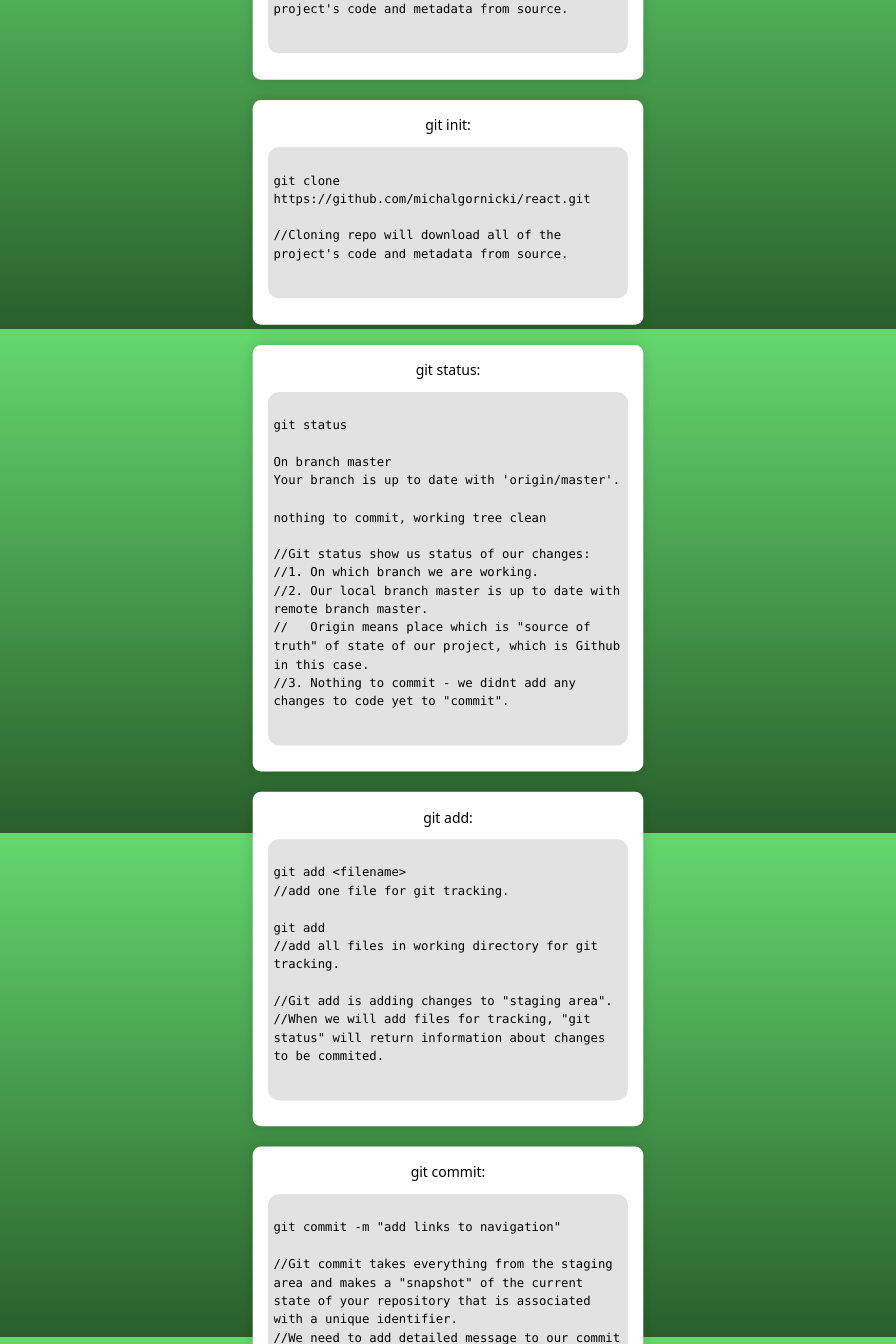
Repository: michalgornicki/git
Page: /#/Basics
These files come from the project's save history. The page is drawn as it stood at one moment and after the next save; the edit follows.
The browser window is 1280 px wide. The pictures show the part of the page from y = 970 to 2890 px (the page is 10452 px tall before and 10426 px after), at 70% of full size.
Backgrounds fixed to the window are drawn as part of the page. The project was rebuilt for these pictures with package versions that can differ from the ones it lists, and the page was loaded fresh each time. Also part of the build but not shown: src/components/structure.jsx, src/components/conflicts.jsx.

Above is the page before, as saved 2022-02-10 13:37:53.

### src/App.jsx
import React from "react";
import "./App.css";
import "bootstrap/dist/css/bootstrap.min.css";
import { Route, HashRouter as Router, Routes, Link } from "react-router-dom";
import Basics from "./components/basics.jsx";
import Structure from "./components/structure.jsx";
import Conflicts from "./components/conflicts.jsx";

function App() {
  return (
    <Router>
      <div className="text-center">
        <div className="display-1 mt-1 mb-5 text-white">Git repeat course</div>

        <div className="h3 d-flex w-75 m-auto my-5 justify-content-evenly flex-wrap text-white">
          <Link className="link-style mx-3" to="/Basics">
            Basics
          </Link>
          <Link className="link-style mx-3" to="/Structure">
            Project structure
          </Link>
          <Link className="link-style mx-3" to="/Conflicts">
            Conflicts
          </Link>
        </div>

        <Routes>
          <Route path="/Basics" element={<Basics />} />
          <Route path="/Structure" element={<Structure />} />
          <Route path="/Conflicts" element={<Conflicts />} />
        </Routes>
      </div>
    </Router>
  );
}

export default App;

### src/App.css
@import url('https://fonts.googleapis.com/css2?family=Catamaran:wght@400&display=swap');

body{
    font-family: 'Catamaran', sans-serif;
    overflow-x: hidden;
    padding-bottom: 80vh;
    height: auto;
    background: linear-gradient(rgb(100, 216, 110), rgb(41, 95, 43));
    background-attachment: fixed;
}

.js-item{
    color:rgb(0, 0, 0);
    font-size: 1.25rem;
    background-color: rgb(255, 255, 255);
    transition: 0.2s;
    padding: 3vh;
    margin-bottom: 4vh!important;
    width: 50%;
    margin-left: auto;
    margin-right: auto;
    box-shadow: 0px 0px 20px rgba(0, 0, 0, 0.15);
    border-radius: 0.75rem;
}

.text-pink{
    padding: 0.5rem;
    margin-top: 1rem;
    margin-bottom: 1rem;
    color:rgb(0, 0, 0)!important;
    font-size: 1.25rem;
    border-radius: 1rem;
    text-align: left;
    background-color: rgb(226, 226, 226);
}

pre {
    white-space: pre-wrap;       /* css-3 */
    white-space: -moz-pre-wrap;  /* Mozilla, since 1999 */
    white-space: -pre-wrap;      /* Opera 4-6 */
    white-space: -o-pre-wrap;    /* Opera 7 */
    word-wrap: break-word;       /* Internet Explorer 5.5+ */
   }

.link-style{
    color: inherit;
    text-decoration: inherit;
}

.link-style:hover{
    color: rgb(255, 138, 84);
}

@media only screen and (max-device-width: 600px), (max-width: 600px) {

    .js-item{
        width: 95%;
    }

}

### src/components/basics.jsx
const Basics = () => {
  return (
    <div className="container">
      <div className="js-item">
        {" "}
        <div className="">Setup: </div>
        <div className="text-pink">
          <pre>{`
First you should:
1. Install git from git website:
https://git-scm.com/book/en/v2/Getting-Started-Installing-Git
2. Signup for Github account (or similar alternative like Gitlab) and create new repository.

If you use Microsoft Visual Studio Code (which i recommend) you can skip first point, because it have git built-in.
You can control git using terminal.
          `}</pre>
        </div>
      </div>
      <div className="js-item">
        {" "}
        <div className="">git clone: </div>
        <div className="text-pink">
          <pre>{`
git clone https://github.com/michalgornicki/react.git

//Cloning repo will download all of the project's code and metadata from source.
          `}</pre>
        </div>
      </div>

      <div className="js-item">
        {" "}
        <div className="">git init: </div>
        <div className="text-pink">
          <pre>{`
git clone https://github.com/michalgornicki/react.git

//Cloning repo will download all of the project's code and metadata from source.
          `}</pre>
        </div>
      </div>

      <div className="js-item">
        {" "}
        <div className="">git status: </div>
        <div className="text-pink">
          <pre>{`
git status

On branch master
Your branch is up to date with 'origin/master'.

nothing to commit, working tree clean

//Git status show us status of our changes:
//1. On which branch we are working.
//2. Our local branch master is up to date with remote branch master.
//   Origin means place which is "source of truth" of state of our project, which is Github in this case.
//3. Nothing to commit - we didnt add any changes to code yet to "commit".
          `}</pre>
        </div>
      </div>
      <div className="js-item">
        {" "}
        <div className="">git add: </div>
        <div className="text-pink">
          <pre>{`
git add <filename>
//add one file for git tracking.

git add
//add all files in working directory for git tracking.

//Git add is adding changes to "staging area".
//When we will add files for tracking, "git status" will return information about changes to be commited.
          `}</pre>
        </div>
      </div>

      <div className="js-item">
        {" "}
        <div className="">git commit: </div>
        <div className="text-pink">
          <pre>{`
git commit -m "add links to navigation"

//Git commit takes everything from the staging area and makes a "snapshot" of the current state of your repository that is associated with a unique identifier.
//We need to add detailed message to our commit with flag -m, to later identify what meaned each commit.
//After adding files for tracking, "git status" will return information about changes to be commited.
          `}</pre>
        </div>
      </div>

      <div className="js-item">
        {" "}
        <div className="">git log: </div>
        <div className="text-pink">
          <pre>{`

git log

commit 52451db1ff6f6e1d2a3c45dc51050ec6df550c0e (HEAD -> master, origin/master)
Author: Michal Gornicki <gornickimichal@gmail.com>
Date:   Wed Feb 9 12:56:32 2022 +0100

    add new items

commit 78a05f0907064f5dadd4de2284dc3b10f9e7a6a7
Author: Michal Gornicki <gornickimichal@gmail.com>
Date:   Wed Feb 9 12:15:36 2022 +0100

    add new hooks

//With this command we can see information about our latest commits.

          `}</pre>
        </div>
      </div>
      <div className="js-item">
        {" "}
        <div className="">git remote: </div>
        <div className="text-pink">
          <pre>{`

git remote
//List the remote connections you have to other repositories.

git remote -v
//Same as above but with URL links to each repository.

git remote add <name> <url>
//Create a new connection to a remote repository.


//Before we push our commit to remote repository we must add connection to it.

          `}</pre>
        </div>
      </div>

      <div className="js-item">
        {" "}
        <div className="">git push: </div>
        <div className="text-pink">
          <pre>{`

git push <remote destination> <branch>
git push origin master

Enumerating objects: 15, done.
Counting objects: 100% (15/15), done.
Delta compression using up to 8 threads
Compressing objects: 100% (9/9), done.
Writing objects: 100% (9/9), 1.29 KiB | 1.29 MiB/s, done.
Total 9 (delta 7), reused 0 (delta 0), pack-reused 0
remote: Resolving deltas: 100% (7/7), completed with 6 local objects.
To https://github.com/michalgornicki/javascript
   c1ef9d3..46b6abd  master -> master

//With this command we can push our changes from local directory to origin remote - Github repository.
//After "git push" we must specify remote branch where our commit will land.

          `}</pre>
        </div>
      </div>

      <div className="js-item">
        {" "}
        <div className="">git diff: </div>
        <div className="text-pink">
          <pre>{`

git diff

-  Effect hook execute function or functions after every render of its component.
+  Effect hook execute function or functions after every render of its component by default.

//This command shows changes between commits, commit and working tree, two files etc.

          `}</pre>
        </div>
      </div>

      <div className="js-item">
        {" "}
        <div className="">git checkout: </div>
        <div className="text-pink">
          <pre>{`

git checkout -b lower-branch

Switched to a new branch 'lower-branch'

git checkout master

Switched to a branch 'master'


//Use git checkout to switch branches or create new branch.
//Branch is a pointer to a specific timeline of the Git history.
//Creating branches is key feature for working in team, you can work on separate branch without affecting core of the project code.

          `}</pre>
        </div>
      </div>
      <div className="js-item">
        {" "}
        <div className="">git merge: </div>
        <div className="text-pink">
          <pre>{`

git merge lower-branch

Updating f5b6e2f..741822a
Fast-forward
 file.txt | 1 +
 1 file changed, 1 insertion(+)
 create mode 100644 file.txt

//This command try to merge content of selected branch into current branch.

          `}</pre>
        </div>
      </div>
      <div className="js-item">
        {" "}
        <div className="">git branch -D: </div>
        <div className="text-pink">
          <pre>{`

git branch -D lower-branch

Deleted branch lower-branch (was 741822a).


//After merging our branch to master branch we can delete it with this command.

          `}</pre>
        </div>
      </div>
      <div className="js-item">
        {" "}
        <div className="">Create pull request: </div>
        <div className="text-pink">
          <pre>{`

//After pushing new branch to remote you can create new pull request on Github.
//After creating pull request anyone with push access to the repository can complete the merge your pulled request into master branch.

          `}</pre>
        </div>
      </div>
      <div className="js-item">
        {" "}
        <div className="">git restore: </div>
        <div className="text-pink">
          <pre>{`

git restore <filename>
//Restore state of single file.

git restore .
//Restore state of all files in working directory.

git restore --staged <filename>
//Unstage file.

//git restore is used to restore/discard the uncommitted local changes of files.
//It also can be used for unstage files (revert git add).
//This command returns state of local directory to last commit state.

          `}</pre>
        </div>
      </div>
      <div className="js-item">
        {" "}
        <div className="">git fetch: </div>
        <div className="text-pink">
          <pre>{`

git fetch
//This command downloads new information from the remote about the status of the repo.

git status

On branch master
Your branch is behind 'origin/master' by 2 commits, and can be fast-forwarded.
  (use "git pull" to update your local branch)

nothing to commit, working tree clean

//After git fetch when we use git status we can check if our local branch is behind remote branch.
//We can receive instruction to use git pull to update local files.

          `}</pre>
        </div>
      </div>
      <div className="js-item">
        {" "}
        <div className="">git pull: </div>
        <div className="text-pink">
          <pre>{`

git pull

//The git pull command is a shorthand for running two commands: git fetch followed by a git merge.
// Use this command to update files on local branch from remote.

          `}</pre>
        </div>
      </div>
    </div>
  );
};

export default Basics;

Loaded but not shown: public/index.html (common file); src/index.js (common file); src/index.css (common file); src/reportWebVitals.js (common file)

After the next save:
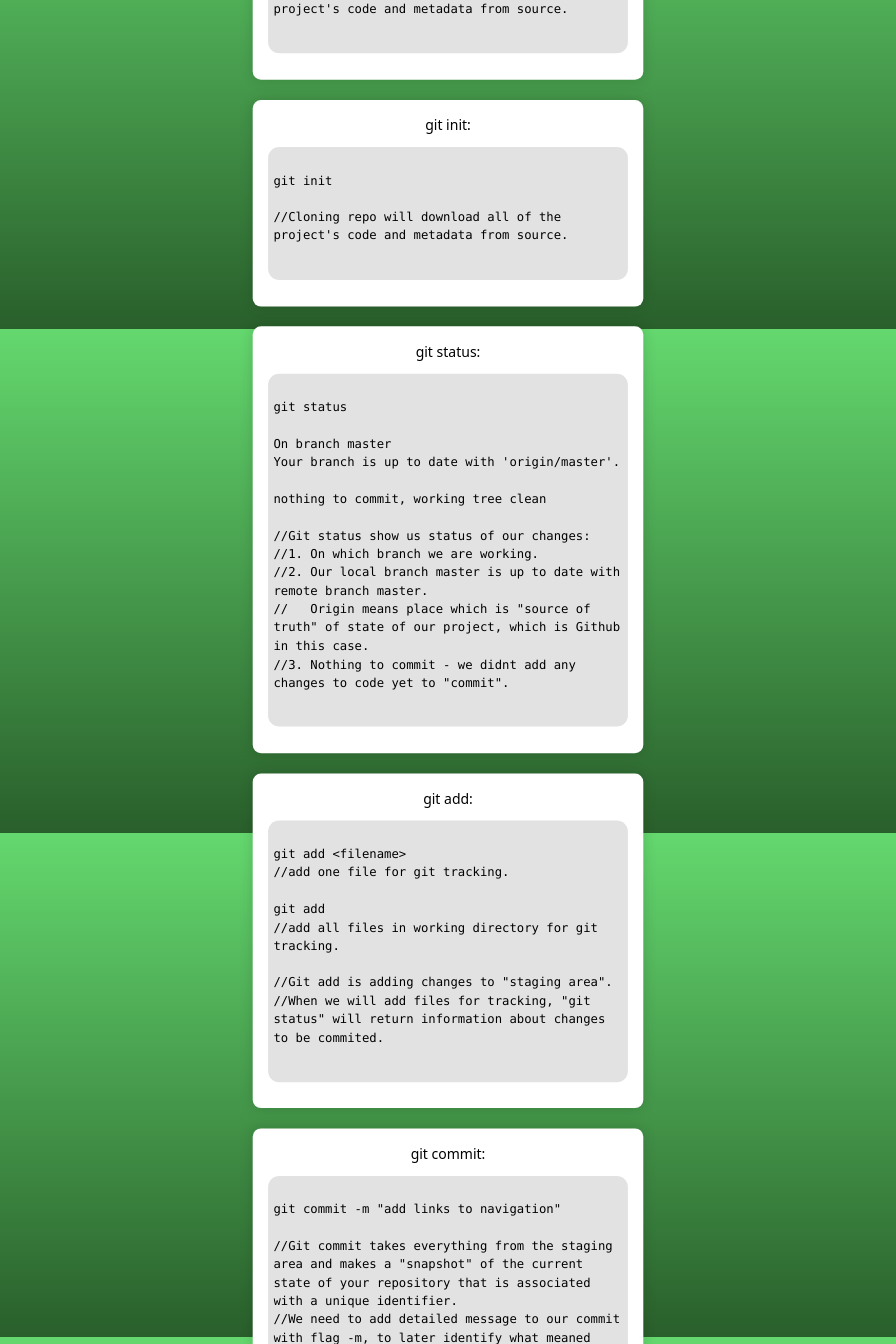
Saved 4 s later.
--- a/src/components/basics.jsx
+++ b/src/components/basics.jsx
@@ -33,7 +33,7 @@ git clone https://github.com/michalgornicki/react.git
         <div className="">git init: </div>
         <div className="text-pink">
           <pre>{`
-git clone https://github.com/michalgornicki/react.git
+git init
 
 //Cloning repo will download all of the project's code and metadata from source.
           `}</pre>
